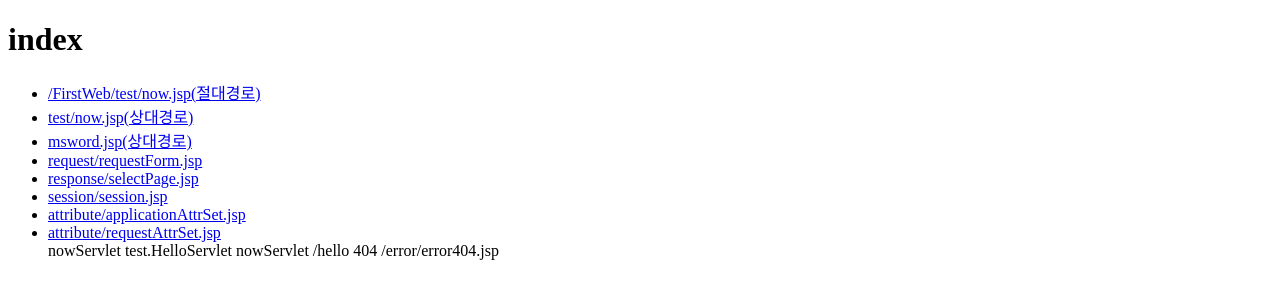
Repository: 2hundred2ne2/bit
Page: http://localhost/First_Web/
These files come from the project's save history. The page is drawn as it stood at one moment and after the next save; the edit follows.
The browser window is 1280 px wide. The pictures show the whole page.
The page is served by Tomcat 9. Other server files are loaded and not shown.

Above is the page before, as saved 2020-12-17 03:06:35.

### JSP_PROJECT/First_Web/WebContent/index.jsp
<%@ page language="java" contentType="text/html; charset=UTF-8"
	pageEncoding="UTF-8"%>
<!DOCTYPE html>
<html>
<head>
<meta charset="UTF-8">
<title>First Jsp</title>
</head>
<body>
	<h1>index</h1>
	<ul>

		<li><a href="/FirstWeb/test/now.jsp">/FirstWeb/test/now.jsp(절대경로)</a></li>
		<li><a href="test/now.jsp">test/now.jsp(상대경로)</a></li>
		<li><a href="test/msword.jsp">msword.jsp(상대경로)</a></li>
		<li><a href="request/requestForm.jsp">request/requestForm.jsp</a></li>
		<li><a href="response/selectPage.jsp">response/selectPage.jsp</a></li>
		<li><a href="session/session.jsp">session/session.jsp</a></li>
		<li><a href="attribute/applicationAttrSet.jsp">attribute/applicationAttrSet.jsp</a></li>
		<li><a href="attribute/requestAttrSet.jsp">attribute/requestAttrSet.jsp</a></li>


		<!--
  			서블릿 등록
  			서블릿 이름, 서블릿 클래스의 풀 네임
  -->
		<servlet> <servlet-name>nowServlet</servlet-name> <servlet-class>test.HelloServlet</servlet-class>
		</servlet>

		<servlet-mapping> <servlet-name>nowServlet</servlet-name>
		<url-pattern>/hello</url-pattern> </servlet-mapping>
		<!-- 에러페이지의 등록 -->
		<!--http 상태의 코드로등록  -->
		<error-page>
			<error-code>404</error-code>
			<location>/error/error404.jsp</location>
		</error-page>




	</ul>
</body>
</html>

After the next save:
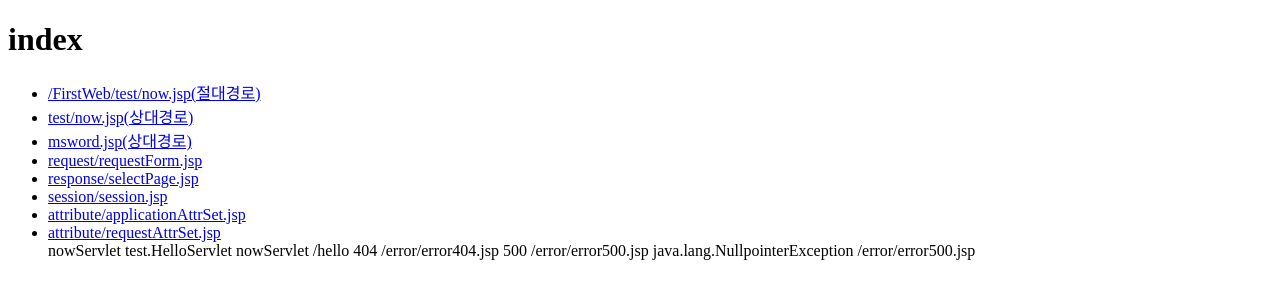
Saved 5 min 3 s later.
--- a/JSP_PROJECT/First_Web/WebContent/index.jsp
+++ b/JSP_PROJECT/First_Web/WebContent/index.jsp
@@ -35,7 +35,14 @@
 			<error-code>404</error-code>
 			<location>/error/error404.jsp</location>
 		</error-page>
-
+	<error-page>
+			<error-code>500</error-code>
+			<location>/error/error500.jsp</location>
+		</error-page>
+		<error-page>
+			<error-code>java.lang.NullpointerException</error-code>
+			<location>/error/error500.jsp</location>
+		</error-page>
 
 
 
